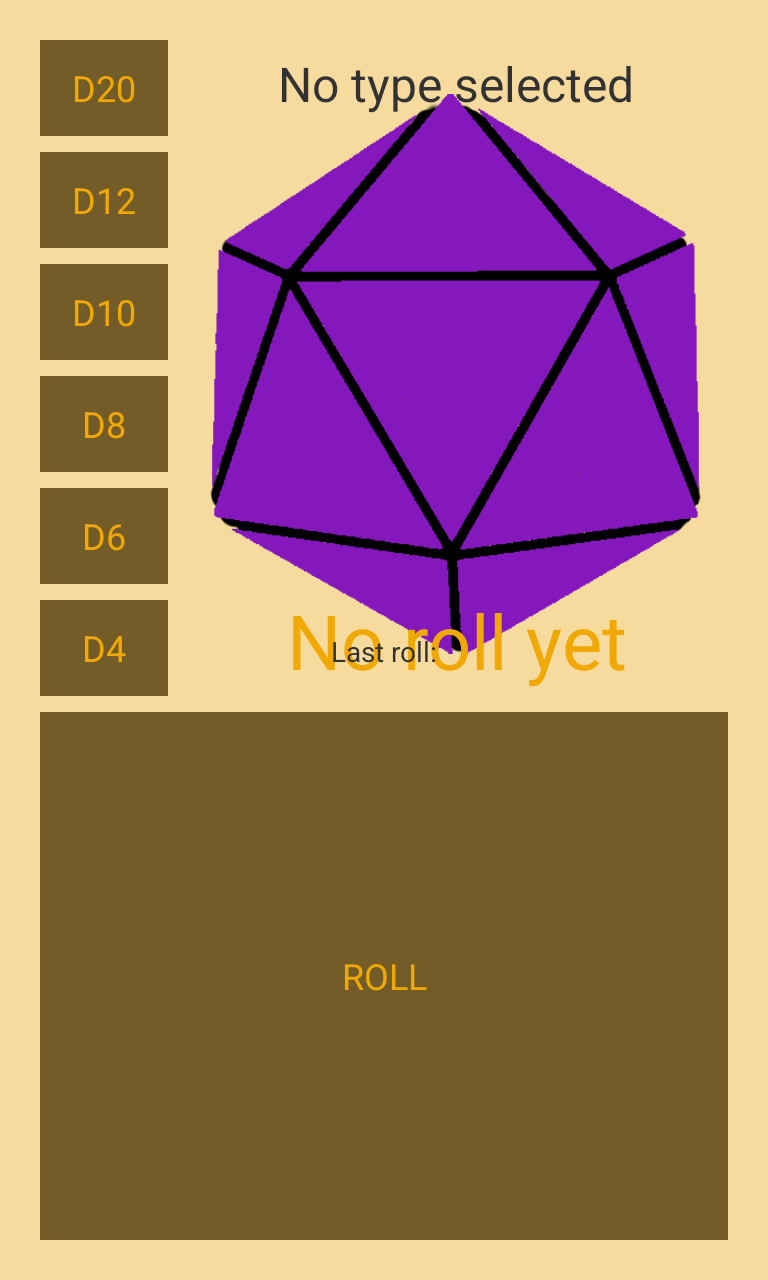
Repository: Bjodol/Roller
Layout: Roller3/res/layout/activity_main.xml
The author's editor kept a copy of each file at every save. The layout is drawn from the files as they stood at one save, then again after the next save.
It is drawn on a 768 x 1280 px phone screen (xhdpi) without system bars, with theme AppTheme; the app's code is not run. The app's manifest (not shown) leaves right-to-left support off. So textAlignment, textDirection and layoutDirection are ignored, and left and right values win over start and end ones.

Above is the layout before, as saved 2013-08-31 09:56:35.

### Roller3/res/layout/activity_main.xml
<RelativeLayout xmlns:android="http://schemas.android.com/apk/res/android"
    xmlns:tools="http://schemas.android.com/tools"
    android:layout_width="fill_parent"
    android:layout_height="fill_parent"
    android:background="@color/Beige"
    android:gravity="top"
    android:paddingBottom="@dimen/activity_vertical_margin"
    android:paddingLeft="@dimen/activity_horizontal_margin"
    android:paddingRight="@dimen/activity_horizontal_margin"
    android:paddingTop="@dimen/activity_vertical_margin"
    tools:context=".MainActivity" >

    <Button
        android:id="@+id/d12"
        android:layout_margin="4dp"
        android:background="@color/Brown"
        android:textColor="@color/Bronze"
        android:layout_width="wrap_content"
        android:layout_height="wrap_content"
        android:layout_below="@+id/d20"
        android:onClick="d12"
        android:text="@string/d12" />

    <TextView
        android:id="@+id/dice_type"
        android:layout_width="match_parent"
        android:layout_height="wrap_content"
        android:gravity="center"
        android:layout_alignBaseline="@id/d20"
        android:layout_toRightOf="@id/d20"
        android:layout_alignParentRight="true"
        android:text="@string/noDiceType"
        android:textAlignment="center"
        android:textSize="24sp" />

    <Button
        android:id="@+id/d10"
        android:layout_margin="4dp"
        android:background="@color/Brown"
        android:textColor="@color/Bronze"
        android:layout_width="wrap_content"
        android:layout_height="wrap_content"
        android:layout_below="@+id/d12"
        android:onClick="d10"
        android:text="@string/d10" />

    <Button
        android:id="@+id/d8"
        android:layout_margin="4dp"
        android:background="@color/Brown"
        android:textColor="@color/Bronze"
        android:layout_width="wrap_content"
        android:layout_height="wrap_content"
        android:layout_below="@+id/d10"
        android:onClick="d8"
        android:text="@string/d8" />

    <Button
        android:id="@+id/d6"
        android:layout_margin="4dp"
        android:background="@color/Brown"
        android:textColor="@color/Bronze"
        android:layout_width="wrap_content"
        android:layout_height="wrap_content"
        android:layout_below="@+id/d8"
        android:onClick="d6"
        android:text="@string/d6" />

    <Button
        android:id="@+id/d4"
        android:layout_margin="4dp"
        android:background="@color/Brown"
        android:textColor="@color/Bronze"
        android:layout_width="wrap_content"
        android:layout_height="wrap_content"
        android:layout_below="@+id/d6"
        android:onClick="d4"
        android:text="@string/d4" />

    <ImageView
        android:id="@+id/purpleDice"
        android:contentDescription="@string/diceDescription"
        android:layout_width="wrap_content"
        android:layout_height="wrap_content"
        android:layout_toRightOf="@id/d10"
        android:layout_alignParentRight="true"
        android:src="@drawable/purple_dice" />

    <Button
        android:id="@+id/roll_button"
        android:background="@color/Brown"
        android:layout_margin="4dp"
        android:layout_width="fill_parent"
        android:layout_height="wrap_content"
        android:layout_below="@+id/d4"
        android:layout_alignParentBottom="true"
        android:onClick="roll"
        android:text="@string/roll"
        android:textColor="@color/Bronze" />



    <Button
        android:id="@+id/d20"
        android:layout_width="wrap_content"
        android:layout_height="wrap_content"
        android:layout_alignParentLeft="true"
        android:layout_alignParentTop="true"
        android:layout_margin="4dp"
        android:layout_marginTop="21dp"
        android:background="@color/Brown"
        android:onClick="d20"
        android:text="@string/d20"
        android:textColor="@color/Bronze" />

    <TextView
        android:id="@+id/dice_throw"
        android:layout_width="wrap_content"
        android:layout_height="wrap_content"
        android:gravity="center"
        android:layout_toRightOf="@id/d8"
        android:layout_centerVertical="true"
        android:layout_alignParentRight="true"
        android:text="@string/noRolls"
        android:textAlignment="center"
        android:textColor="@color/Bronze"
        android:textSize="38sp" />

    <TextView
        android:id="@+id/last_roll_text"
        android:layout_width="wrap_content"
        android:layout_height="wrap_content"
        android:layout_alignBaseline="@+id/d4"
        android:layout_alignBottom="@+id/d4"
        android:layout_centerHorizontal="true"
        android:text="@string/lastRoll"
        android:textAlignment="center"
        android:textSize="14sp" />

</RelativeLayout>

### Roller3/res/values/strings.xml
<?xml version="1.0" encoding="utf-8"?>
<resources>

    <string name="app_name">Roller</string>
    <string name="action_settings">Settings</string>
    <string name="d20">D20</string>
    <string name="d12">D12</string>
    <string name="d10">D10</string>
    <string name="d8">D8</string>
    <string name="d6">D6</string>
    <string name="d4">D4</string>
    <string name="roll">ROLL</string>
    <string name="youRolled">You rolled:</string>
    <string name="noRolls">No roll yet</string>
    <string name="lastRoll">Last roll:</string>
    <string name="noDiceType">No type selected</string>
    <string name="diceDescription">A purple d20 dice</string>
    <color name="Purple">#9e14e8</color>
    <color name="Beige">#f7db9e</color>
    <color name="Bronze">#F0A804</color>
    <color name="Brown">#745c29</color>

</resources>

Loaded but not shown: Roller3/res/values/styles.xml (common file); Roller3/res/values-v11/styles.xml (common file); Roller3/res/values-v14/styles.xml (common file); Roller3/res/values/dimens.xml (common file)

After the next save:
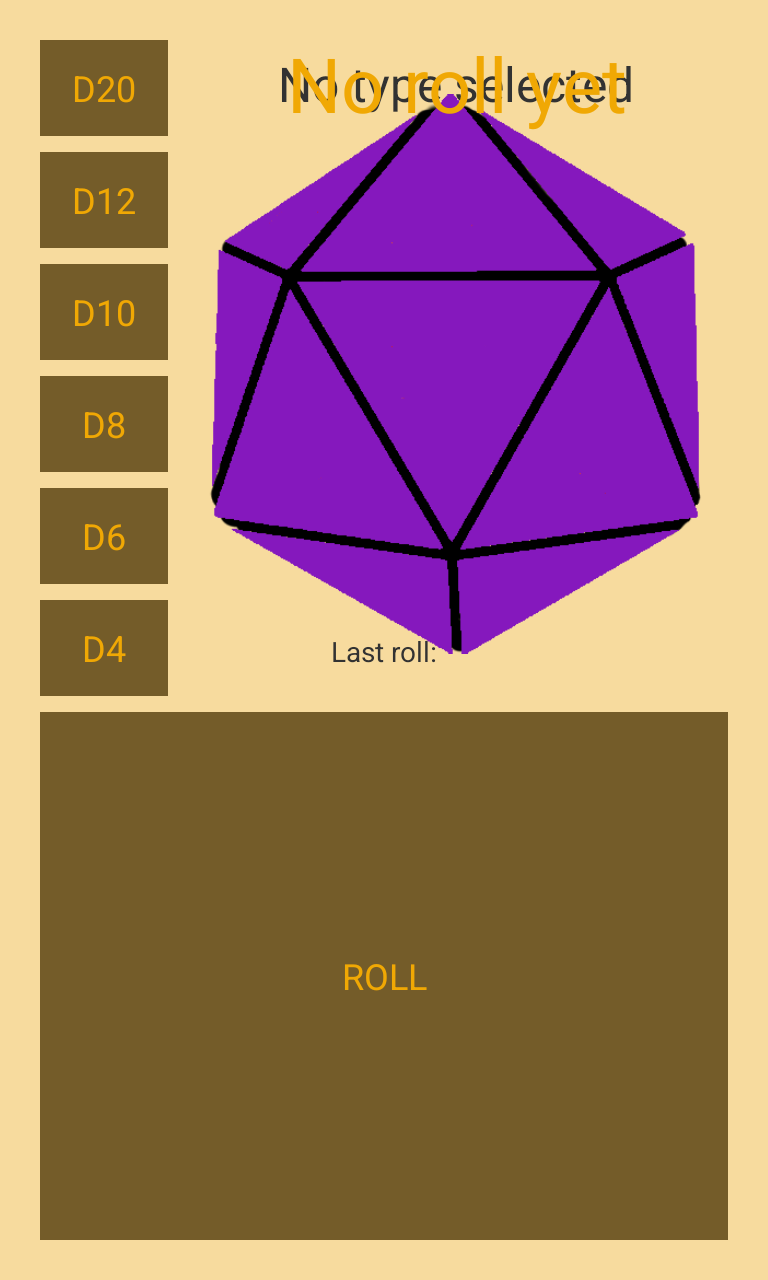
Saved 47 s later.
--- a/Roller3/res/layout/activity_main.xml
+++ b/Roller3/res/layout/activity_main.xml
@@ -119,7 +119,7 @@
         android:layout_height="wrap_content"
         android:gravity="center"
         android:layout_toRightOf="@id/d8"
-        android:layout_centerVertical="true"
+        android:layout_toEndOf="@id/d10"
         android:layout_alignParentRight="true"
         android:text="@string/noRolls"
         android:textAlignment="center"
